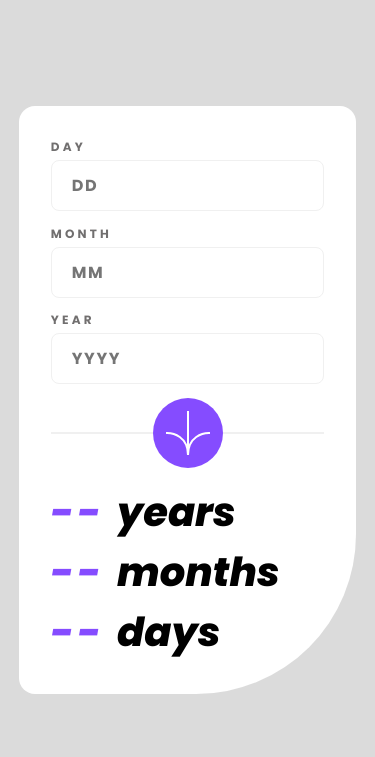
Repository: blordeus/age-calculator-app
Page: /
The author's editor kept a copy of each file at every save. The page is drawn from the files as they stood at one save, then again after a run of saves.
The browser window is 375 px wide. The pictures show the whole page.
The project was rebuilt for these pictures with package versions that can differ from the ones it lists, and the page was loaded fresh each time.

Above is the page before, as saved 2023-08-23 16:00:01.

### src/App.js
 import { useState } from "react";
 import "./style.css";

 import arrowIcon from './images/icon-arrow.svg'

const App = () => {
  const [formData, setFormData] = useState({
    day: "",
    month: "",
    year: "",
  });

  const [formErrors, setFormErrors] = useState({
    day: "",
    month: "",
    year: "",
    generic: "",
  });

  const [output, setOutput] = useState({
    days: "",
    months: "",
    years: "",
  });

  const hasErrors = formErrors.day || formErrors.month || formErrors.year || formErrors.generic;

  return (
    <div className="card-container">
      <div className="inputs-container">
      <div className="input-label-container">
        <label htmlFor="day" style={{
          color: hasErrors ? "hsl(0,100%,67%)" : "hsl(0,1%,44%)",
        }}>Day</label>
        <input
        type="number"
        id="day"
        placeholder="DD"
        min={1}
        value={formData.day}
        style={{
          border: hasErrors
          ? '1px solid hsl(0,100%,67%)'
          : '1px solid hsl(0,0%,94%)'
        }}
        onChange={(e) =>
        setFormData((prevState) =>
        ({...prevState,
          day:e.target.value}))}
        />
        {formErrors.day && <p className="error">{formErrors.day}</p>}
      </div>

      <div className="input-label-container">
        <label htmlFor="month" style={{
          color: hasErrors ? "hsl(0,100%,67%)" : "hsl(0,1%,44%)",
        }}>Month</label>
        <input
        type="number"
        id="day"
        placeholder="MM"
        min={1}
        value={formData.month}
        style={{
          border: hasErrors
          ? '1px solid hsl(0,100%,67%)'
          : '1px solid hsl(0,0%,94%)'
        }}
        onChange={(e) =>
        setFormData((prevState) =>
        ({...prevState,
          month:e.target.value}))}
        />
        {formErrors.month && <p className="error">{formErrors.month}</p>}
      </div>

      <div className="input-label-container">
        <label htmlFor="year" style={{
          color: hasErrors ? "hsl(0,100%,67%)" : "hsl(0,1%,44%)",
        }}>Year</label>
        <input
        type="number"
        id="year"
        placeholder="YYYY"
        min={1}
        value={formData.year}
        style={{
          border: hasErrors
          ? '1px solid hsl(0,100%,67%)'
          : '1px solid hsl(0,0%,94%)'
        }}
        onChange={(e) =>
        setFormData((prevState) =>
        ({...prevState,
          year:e.target.value}))}
        />
        {formErrors.year && <p className="error">{formErrors.year}</p>}
      </div>
    </div>

    {formErrors.generic && (
      <p className="error generic">{formErrors.generic}</p>
    )}

<div className="divider-container">
  <div className="divider"></div>

  <button className="btn" onClick={() => null}>
    <img src={arrowIcon} alt="arrowIcon" />
  </button>
</div>

<div className="output-container">
  <h1>
    <span className="highlighted">
    {output.years === "" ? '--' : output.years}{" "}
    </span>
    {output.years === 1 ? 'year' : "years"}
    </h1>

    <h1>
    <span className="highlighted">
    {output.months === "" ? '--' : output.months}{" "}
    </span>
    {output.months === 1 ? 'month' : "months"}
    </h1>

    <h1>
    <span className="highlighted">
    {output.days === "" ? '--' : output.days}{" "}
    </span>
    {output.days === 1 ? 'day' : "days"}
    </h1>
</div>
    </div>
  );
};

export default App;

### src/style.css
@import url("https://fonts.googleapis.com/css2?family=Poppins:ital,wght@0,700;1,400;1,800&display=swap");

* {
  box-sizing: border-box;
  margin: 0;
  padding: 0;
  font-family: "Poppins", sans-serif;
}

:root {
  --Purple: hsl(259, 100%, 65%);
  --Light-red: hsl(0, 100%, 67%);
  --White: hsl(0, 0%, 100%);
  --Off-white: hsl(0, 0%, 94%);
  --Light-grey: hsl(0, 0%, 86%);
  --Smokey-grey: hsl(0, 1%, 44%);
  --Off-black: hsl(0, 0%, 8%);
}

body {
  background-color: var(--Light-grey);
  min-height: 100vh;
  display: flex;
  align-items: center;
  justify-content: center;
}

.card-container {
  width: 600px;
  border-radius: 1rem 1rem 10rem 1rem;
  background-color: var(--White);
  padding: 2rem;
  max-width: 90vw;
  margin-top: 1rem;
  margin-bottom: 1rem;
}

.inputs-container {
  display: flex;
  gap: 0.25rem;
}

.input-label-container {
  display: flex;
  flex-direction: column;
  gap: 0.25rem;
  flex: 1;
}

.input-label-container label {
  text-transform: uppercase;
  font-size: 0.75rem;
  letter-spacing: 0.2rem;
}

.input-label-container input {
  width: 130opx;
  padding: 0.75rem 1rem 0.75rem 1.25rem;
  font-size: 1.5rem;
  color: var(--Off-black);
  border-radius: 0.5rem;
  outline: none;
  letter-spacing: 0.1rem;
}

.error {
  color: var(--Light-red);
  font-weight: 400;
  font-style: italic;
  margin-top: 0.25rem;
  letter-spacing: 0.1rem;
  font-size: 0.75rem;
}

.error.generic {
  margin-top: 0.5rem;
}

.divider-container {
  display: flex;
  align-items: center;
  margin-top: 0.75rem;
  margin-bottom: 0.75rem;
}

.divider {
  height: 2px;
  background-color: var(--Off-white);
  width: 86%;
}

.btn {
  width: 70px;
  height: 70px;
  border-radius: 50%;
  background-color: var(--Purple);
  border:none;
  cursor: pointer;
  display: flex;
  align-items: center;
  justify-content: center;
}

.btn:hover {
  background-color: var(--Off-Black);
}

.output-container h1 {
  font-size: 4rem;
  font-weight: 800;
  font-style: italic;
}

.output-container .highlighted {
  color: var(--Purple);
  letter-spacing: 0.25rem;
}

@media only screen and (max-width: 620px) {
  .divider-container {
    display: block;
    position: relative;
    margin-top: 3rem;
    margin-bottom: 3rem;
  }

  .divider {
  width: 100%;
}

.btn {
  position: absolute;
  left: 50%;
  top: 50%;
  transform: translate(-50%, -50%);
}

.inputs-container {
  gap: 0.85rem;
}

.input-label-container input {
  font-size: 1rem;
}

.output-container h1 {
  font-size: 2.5rem;
}
}

@media only screen and (max-width: 530px) {
.inputs-container {
  flex-direction: column;
}

.input-label-container input {
  font-size: 1rem;
}

.output-container h1 {
  font-size: 2.5rem;
}
}

Loaded but not shown: src/index.js (common file)

After the next 2 saves:
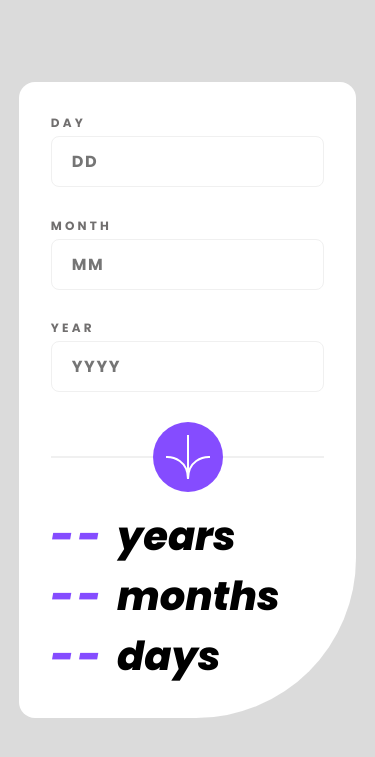
The 2 saves are shown as one change because they came seconds apart.
The last was saved 18 s later.
--- a/src/style.css
+++ b/src/style.css
@@ -153,6 +153,10 @@
   flex-direction: column;
 }
 
+.input-label-container {
+  margin-bottom: 1rem;
+}
+
 .input-label-container input {
   font-size: 1rem;
 }

After the save that followed:
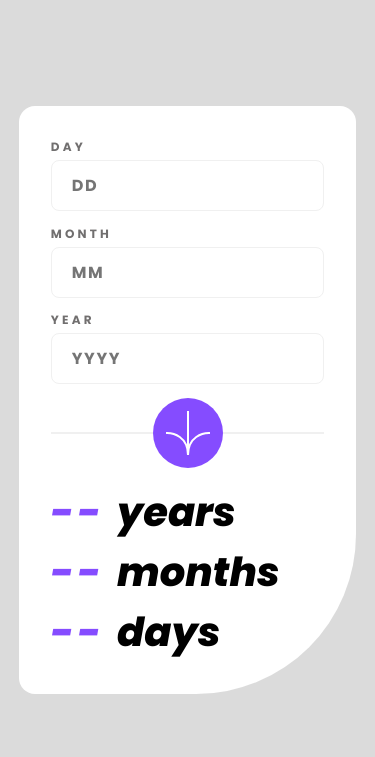
Saved 9 s later.
--- a/src/style.css
+++ b/src/style.css
@@ -154,7 +154,7 @@
 }
 
 .input-label-container {
-  margin-bottom: 1rem;
+  width: 1;
 }
 
 .input-label-container input {
